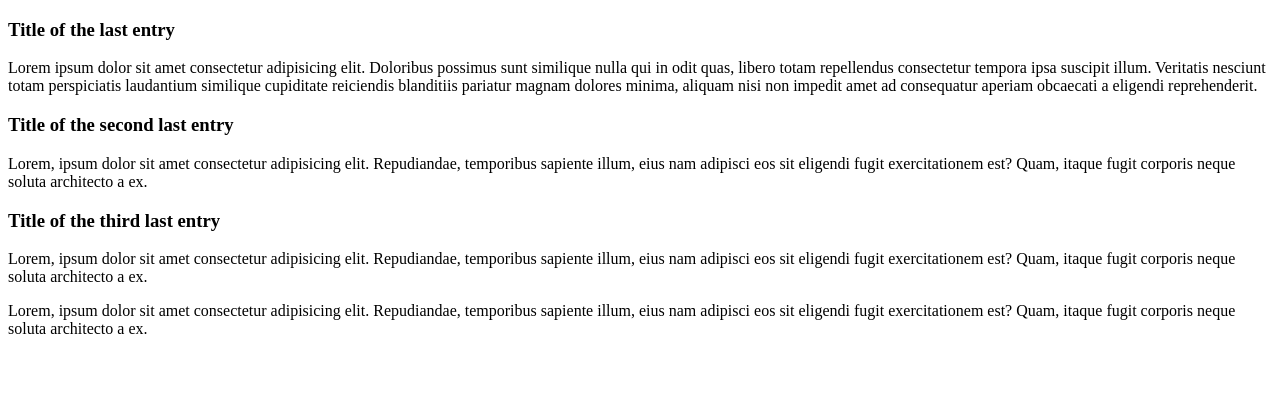
Repository: KikiMcArron/Don_Kiki_McArron
Page: index.html
An editor plug-in stored every save of this project. The page is shown before and after the next save, followed by the edit.
The browser window is 1280 px wide. The pictures show the whole page.

Above is the page before, as saved 2022-04-08 12:49:37.

### index.html
<!DOCTYPE html>
<html lang="pl">

<head>
    <meta charset="UTF-8">
    <meta http-equiv="X-UA-Compatible" content="IE=edge">
    <meta name="viewport" content="width=device-width, initial-scale=1.0">
    <title>Document</title>
</head>

<body>
    <header>
        <nav></nav>
    </header>
    <main>
        <section class="last_entrie">
            <article>
                <h3>Title of the last entry</h3>
                <p>Lorem ipsum dolor sit amet consectetur adipisicing elit. Doloribus possimus sunt similique nulla qui in odit quas, libero totam repellendus consectetur tempora ipsa suscipit illum. Veritatis nesciunt totam
                    perspiciatis laudantium similique cupiditate reiciendis blanditiis pariatur magnam dolores minima,
                    aliquam nisi non impedit amet ad consequatur aperiam obcaecati a eligendi reprehenderit.</p>

            </article>
        </section>
        <section class="prev_entries">
            <article>
                <h3>Title of the second last entry</h3>
                <p>Lorem, ipsum dolor sit amet consectetur adipisicing elit. Repudiandae, temporibus sapiente illum,
                    eius nam adipisci eos sit eligendi fugit exercitationem est? Quam, itaque fugit corporis neque
                    soluta architecto a ex.</p>
                </article>
                <article>
                <h3>Title of the third last entry</h3>
                <p>Lorem, ipsum dolor sit amet consectetur adipisicing elit. Repudiandae, temporibus sapiente illum,
                    eius nam adipisci eos sit eligendi fugit exercitationem est? Quam, itaque fugit corporis neque
                    soluta architecto a ex.</p>
            </article>
            <article>
                <p>Lorem, ipsum dolor sit amet consectetur adipisicing elit. Repudiandae, temporibus sapiente illum,
                    eius nam adipisci eos sit eligendi fugit exercitationem est? Quam, itaque fugit corporis neque
                    soluta architecto a ex.</p>
            </article>
        </section>
        <section class="hitory_entries"></section>
    </main>
    <aside class="notes"></aside>
    <aside class="projects"></aside>
    <footer></footer>
</body>

</html>

After the next save:
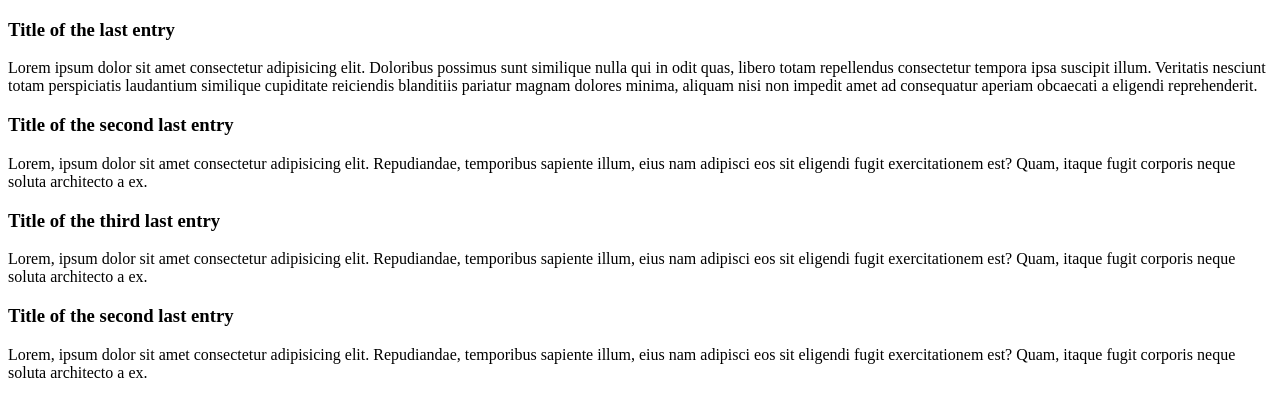
Saved 7 s later.
--- a/index.html
+++ b/index.html
@@ -30,11 +30,12 @@
                     soluta architecto a ex.</p>
                 </article>
                 <article>
-                <h3>Title of the third last entry</h3>
-                <p>Lorem, ipsum dolor sit amet consectetur adipisicing elit. Repudiandae, temporibus sapiente illum,
-                    eius nam adipisci eos sit eligendi fugit exercitationem est? Quam, itaque fugit corporis neque
-                    soluta architecto a ex.</p>
-            </article>
+                    <h3>Title of the third last entry</h3>
+                    <p>Lorem, ipsum dolor sit amet consectetur adipisicing elit. Repudiandae, temporibus sapiente illum,
+                        eius nam adipisci eos sit eligendi fugit exercitationem est? Quam, itaque fugit corporis neque
+                        soluta architecto a ex.</p>
+                    </article>
+                    <h3>Title of the second last entry</h3>
             <article>
                 <p>Lorem, ipsum dolor sit amet consectetur adipisicing elit. Repudiandae, temporibus sapiente illum,
                     eius nam adipisci eos sit eligendi fugit exercitationem est? Quam, itaque fugit corporis neque
